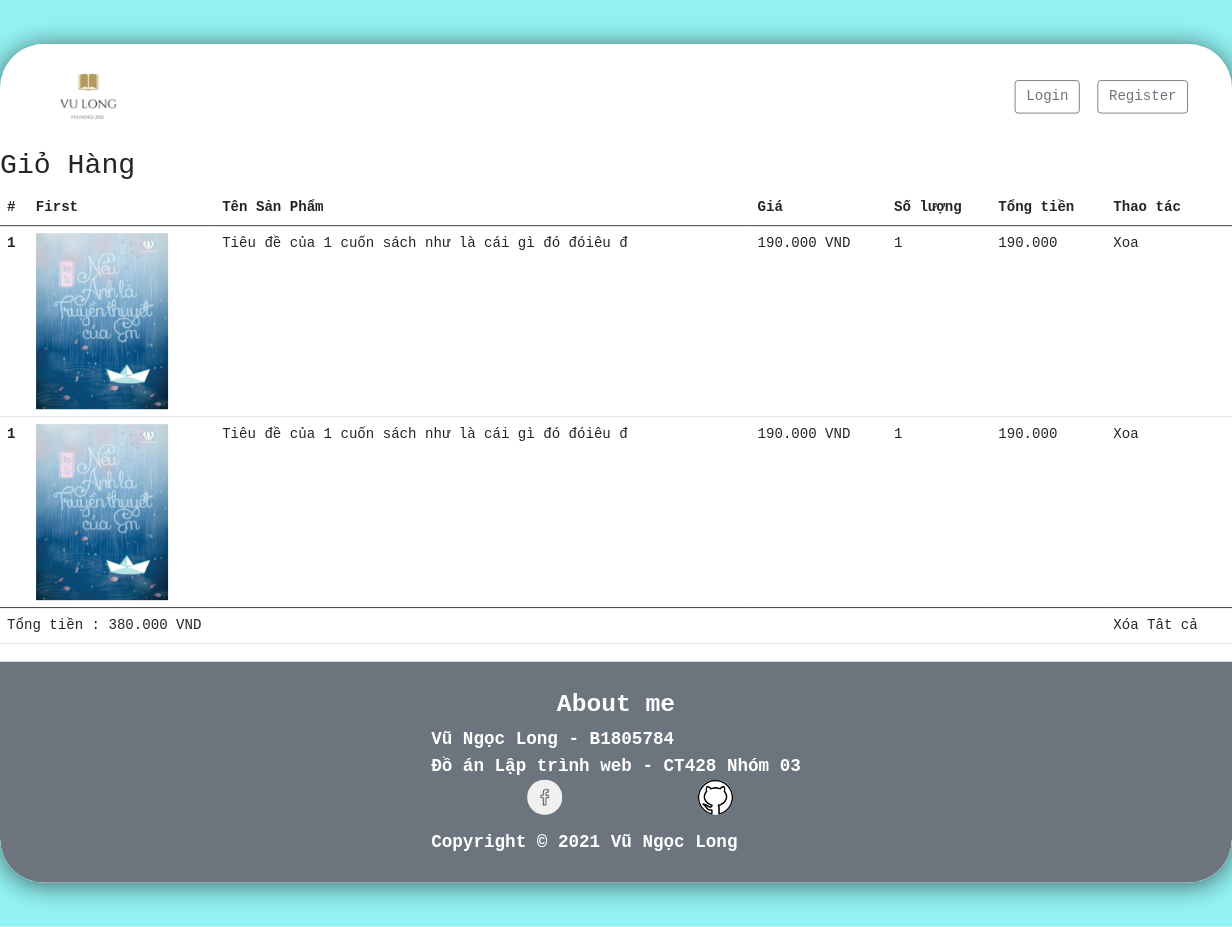
Repository: VuNgocLong2626/exercise_web_CT428
Page: VuNgocLongB1805784/user/giohang.html
These files come from the project's save history. The page is drawn as it stood at one moment and after the next save; the edit follows.
The browser window is 1280 px wide. The page is 1400 px wide, so the pictures cover 1400 px, including what lies to the right of the window. The pictures show the whole page, at 88% of full size.

Above is the page before, as saved 2021-10-05 14:35:47.

### VuNgocLongB1805784/user/giohang.html
<!DOCTYPE html>
<html lang="en">
<head>
    <meta charset="UTF-8">
    <meta http-equiv="X-UA-Compatible" content="IE=edge">
    <meta name="viewport" content="width=device-width, initial-scale=1.0">
    <link href="https://cdn.jsdelivr.net/npm/bootstrap@5.0.2/dist/css/bootstrap.min.css" rel="stylesheet" integrity="sha384-EVSTQN3/azprG1Anm3QDgpJLIm9Nao0Yz1ztcQTwFspd3yD65VohhpuuCOmLASjC" crossorigin="anonymous">
    <link rel="stylesheet" href="./css/test.css">
    <title>Chi Tiết Sản Phẩm</title>
</head>
<body>
    <div class="main-contens">
        <div class="header">
            <a href="#"><img src="./image/logo120.png" alt="hinh logo" style="margin-left: 40px;"></a>
            <div class="from-individual">
                <button type="button" class="btn btn-outline-secondary" style="margin-right: 20px;">Login</button>
                <button type="button" class="btn btn-outline-secondary">Register</button>
            </div>
        </div>

        <div class="all-cart">
            <h2>Giỏ Hàng</h2>
            <table class="table">
                <thead>
                  <tr>
                    <th scope="col">#</th>
                    <th scope="col">First</th>
                    <th scope="col">Tên Sản Phẩm</th>
                    <th scope="col">Giá</th>
                    <th scope="col">Số lượng</th>
                    <th scope="col">Tổng tiền</th>
                    <th scope="col">Thao tác</th>
                  </tr>
                </thead>
                <tbody>
                  <tr>
                    <th scope="row">1</th>
                    <td><img src="./image/TT1.jpg" style="width: 150px; height: 200px;" alt=""></td>
                    <td>Tiêu đề của 1 cuốn sách như là cái gì đó đóiêu đ</td>
                    <td>190.000 VND</td>
                    <td>1</td>
                    <td>190.000</td>
                    <td>Xoa</td>
                  </tr>
                  <tr>
                    <th scope="row">1</th>
                    <td><img src="./image/TT1.jpg" style="width: 150px; height: 200px;" alt=""></td>
                    <td>Tiêu đề của 1 cuốn sách như là cái gì đó đóiêu đ</td>
                    <td>190.000 VND</td>
                    <td>1</td>
                    <td>190.000</td>
                    <td>Xoa</td>
                  </tr>
                </tbody>
                <tr>
                    <td colspan="6">Tổng tiền : 380.000 VND</td>
                    <td>Xóa Tât cả</td>
                </tr>
            </table>
        </div>

        <footer>
            <h3 style="font-weight: bold;">About me</h3>
            <div class=>
                <div>Vũ Ngọc Long - B1805784
                    <br>
                    Đồ án Lập trình web - CT428 Nhóm 03
                </div>
                <ul style="list-style: none; display: flex;">
                    <li><a href="#" target="_blank"><img src="./image/fb.png" alt="Github icon" style="width: 40px;height: 40px; border-radius: 200px;"></a></li>
                    <li><a href="#" target="_blank"><img src="./image/github.png" alt="Linked icon" style="width: 40px;height: 40px; border-radius: 200px;"></a></li>
                </ul>
                <div>
                    Copyright © 2021 Vũ Ngọc Long
                </div>
            </div>
        </footer>
    </div>
</body>
</html>

### VuNgocLongB1805784/user/css/test.css
* {
    margin: 0;
    padding: 0;
    box-sizing: border-box;
  }

body{
    font-family: 'Courier New', Courier, monospace;
    /* font-family: 'Times New Roman', Times, serif; */
    background-color: rgb(147, 243, 243);
}

.main-contens{
    overflow: auto;
    display: block;
    width: 1400px;
    height: 100%;
    background-color: white;
    margin: 50px auto;
    border-radius: 50px;
    box-shadow:0 3px 30px 0 rgba(0, 0, 0, 0.6);
}

/* header{
    z-index: 1200;
    position: -webkit-sticky;
    position: sticky;
    background-color: red;
    width: 100%;
    height: 100px;
} */

.header{

    position: -webkit-sticky;
    position: sticky;
    height: 120px;
    width: 100%;
    /* background-color: brown;  */
    z-index: 3333;
    justify-content: space-between;
    display: flex;
    align-items: center;
    left: 0;
    top: 0;
}

.from-individual{
    justify-content: flex-end;
    display: flex;
    margin-right: 50px;
}

/* .fa{
    display: inline-block;
    font: normal normal normal 14px/1 FontAwesome;
    text-rendering: auto;
    -webkit-font-smoothing: antialiased;
}

.fa-login{
    content: "\f090";
} */

.login{
    padding: 10px;
}

.register{
    padding: 10px;
}

.main-contens .baner{
    display: flexbox;
    margin: auto;
    /* background: violet; */
    background-image: none;
    background-repeat: no-repeat;
    background-position: center center;
    background-size: cover;
    width: 95%;
    height: 484px;
    margin: auto;
    margin-top: 20px;

}
.baner img{
    box-shadow:0 3px 20px 0 rgba(0, 0, 0, 0.6);
    border-radius: 100px;
    display: block;
    width: 100%;
    height: 474px;
}


.selling-products{
    overflow: auto;
    margin-top: 20px;
    /*  background-color: lawngreen; */
    width: 100%;
    height: 450px;
    /* display: flex; */
}

.selling-products .selling{
    width: 47%;
    height: 320px;
    overflow: auto;
    background-color: #f1f1f1;
    margin: 10px auto;
    box-shadow:0 3px 10px 0 rgba(0, 0, 0, 0.6);
    border-radius: 20px;
    /* padding: 20px; */
    /* font-size: 30px; */
}

.row-style{
    width: 658px;
    height: 320px;
}

.selling-products .title{
    display: block;
    width: 100%;
    height: 15%;
    /* background-color: #f1f1f1; */
    margin: 10px auto;
    padding-left: 40px;
    font-size: 35px;
    font-weight: bold;
    color: #6c757d;

}

.information-hot{
    display: flex;
    width: 100%;
    height: 350px;
}

.title-hot{
    margin: 20px 0;
    font-size: 20px;
    font-weight: bold;
}

.content-hot{
    height: 210px;
    width: 360px;
    overflow: auto;
}

.btn-hot{
    margin: 0 60px;
    font-size: 18px;
    width: 200px;
}

.all-products{
    overflow: auto;
    margin-top: 40px;
    /* background-color: red; */
    width: 100%;
    height: 1500px;
}

.all-products nav{
    overflow: auto;
    margin-top: 10px;
    width: 100%;
    height: 50px;
    /* background-color: rgb(52, 226, 12); */
    display: flex;
    justify-content: center;
}

nav > button{
    margin: 0 20px;
}

.all-products .products{
    /* display: flexbox; */
    overflow: auto;
    width: 100%;
    height: 1400px;
    /* background-color: gold; */
    /* justify-items: center;
    align-content: center; */
    padding-left: 60px;
}

.books{
    overflow: auto;
    float: left;
    width: 22%;
    height: 420px;
    background-color: #f1f1f1;
    margin: 13px 13px;
    border-radius: 20px;
}

.books:hover{
    box-shadow:0 3px 10px 0 rgba(0, 0, 0, 0.6);
    border-radius: 20px;
}

footer{
    height: 251px;
    border-radius: 0 0 50px 50px;
    width: 100%;
    background-color: #6c757d;
    margin-top: 20px;
    padding: 30px 0;
    display: flex;
    flex-direction: column;
    justify-content: center;
    align-items: center;
    color: white;
    font-size: 20px;
    font-weight: bold;
}

footer li{
    margin: auto;
}

.from-detail{
    /* overflow: auto; */
    margin: auto;
    height: 100%;
    width: 60%;
    background-color: #f1f1f1;
    border-radius: 50px;
}

.from-detail:hover{
    box-shadow:0 3px 10px 0 rgba(0, 0, 0, 0.6);
}

After the next save:
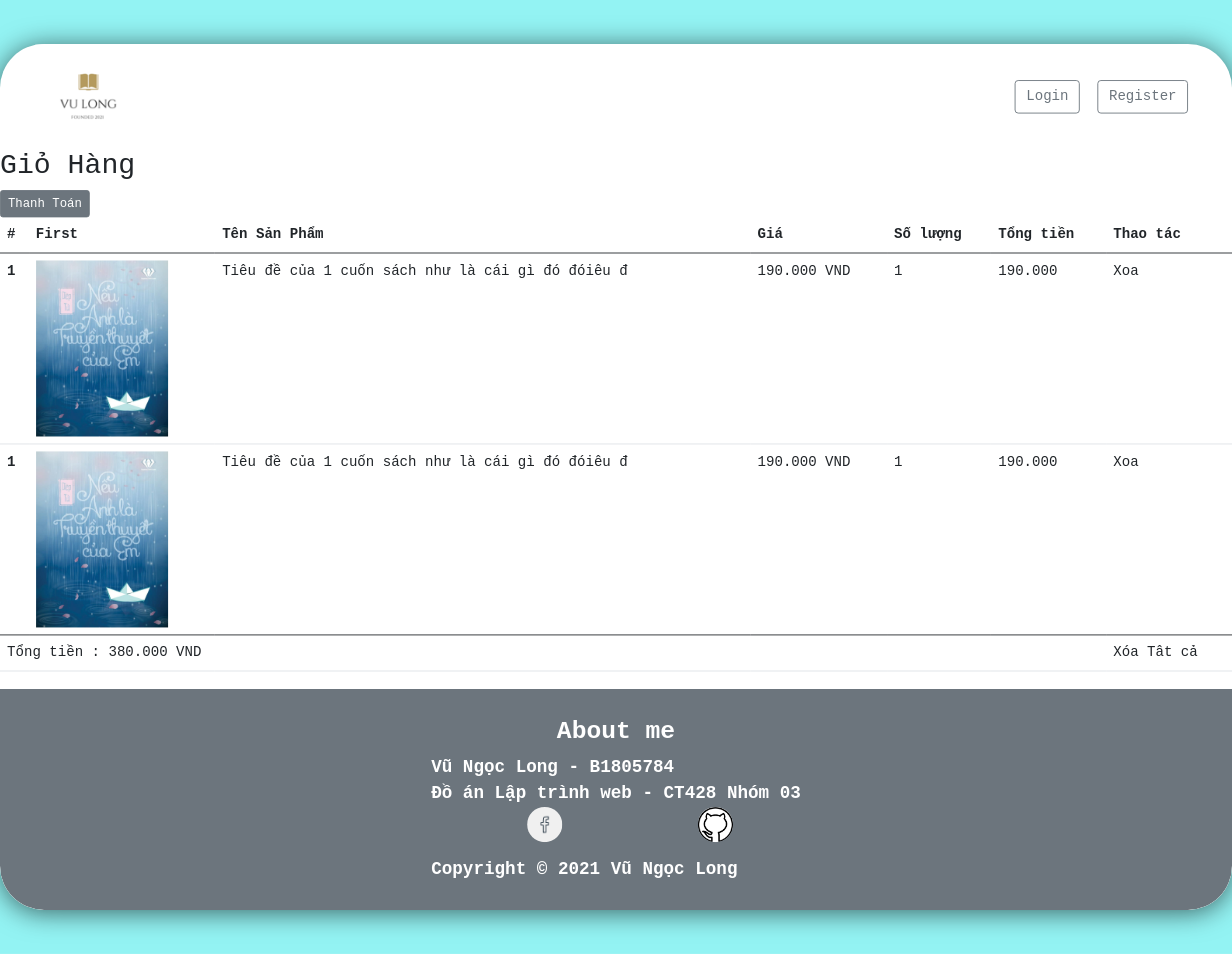
Saved 54 s later.
--- a/VuNgocLongB1805784/user/giohang.html
+++ b/VuNgocLongB1805784/user/giohang.html
@@ -56,6 +56,7 @@
                     <td colspan="6">Tổng tiền : 380.000 VND</td>
                     <td>Xóa Tât cả</td>
                 </tr>
+                <a href="#" class="btn btn-secondary btn-sm">Thanh Toán</a>
             </table>
         </div>
 
